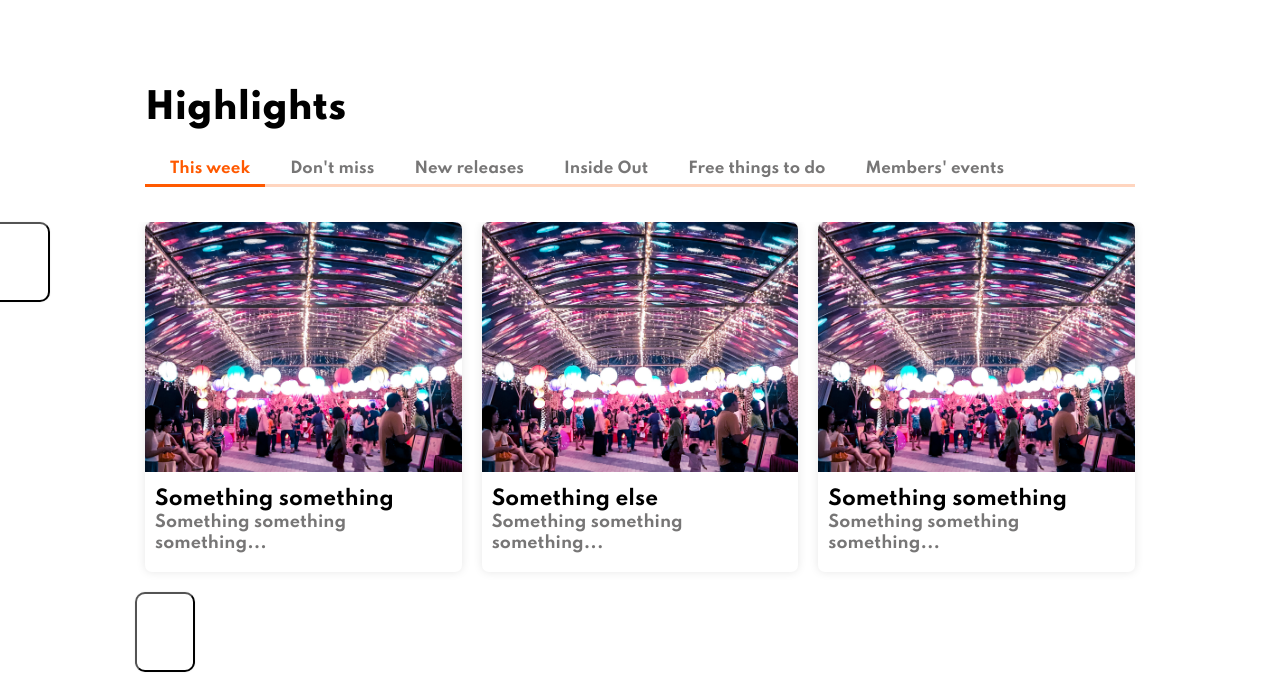
Repository: vvogt/fameworks_vv
Page: /
An editor plug-in stored every save of this project. The page is shown before and after the next save, followed by the edit.
The browser window is 1280 px wide. The pictures show the part of the page from y = 607 to 1299 px (the page is 2172 px tall).
Pictures or frames that could not be fetched are drawn as grey boxes. Backgrounds fixed to the window are drawn as part of the page. The project was rebuilt for these pictures with package versions that can differ from the ones it lists, and the page was loaded fresh each time. Also part of the build but not shown: src/components/NotFound.js. Imported but missing from the stored project, and not drawn on this page: src/assets/videos/seald_fullhd.mp4.

Above is the page before, as saved 2020-04-27 16:55:25.

### public/index.html
<!DOCTYPE html>
<html lang="en">
  <head>
    <meta charset="utf-8" />
    <link rel="icon" href="%PUBLIC_URL%/favicon.ico" />
    <link href="https://fonts.googleapis.com/css2?family=Spartan:wght@200;300;400;500;531;600;700;800;900&display=swap"
      rel="stylesheet">
    <meta name="viewport" content="width=device-width, initial-scale=1" />
    <meta name="theme-color" content="#000000" />
    <meta
      name="description"
      content="Web site created using create-react-app"
    />
    <!--
      manifest.json provides metadata used when your web app is installed on a
      user's mobile device or desktop. See https://developers.google.com/web/fundamentals/web-app-manifest/
    -->
    <link rel="manifest" href="%PUBLIC_URL%/manifest.json" />
    <!--
      Notice the use of %PUBLIC_URL% in the tags above.
      It will be replaced with the URL of the `public` folder during the build.
      Only files inside the `public` folder can be referenced from the HTML.

      Unlike "/favicon.ico" or "favicon.ico", "%PUBLIC_URL%/favicon.ico" will
      work correctly both with client-side routing and a non-root public URL.
      Learn how to configure a non-root public URL by running `npm run build`.
    -->
  </head>
  <body>
    <noscript>You need to enable JavaScript to run this app.</noscript>
    <div id="root"></div>
    <!--
      This HTML file is a template.
      If you open it directly in the browser, you will see an empty page.

      You can add webfonts, meta tags, or analytics to this file.
      The build step will place the bundled scripts into the <body> tag.

      To begin the development, run `npm start` or `yarn start`.
      To create a production bundle, use `npm run build` or `yarn build`.
    -->
  </body>
</html>

### src/scss/global.scss
// # SETTINGS
@import 'settings.variables';

// # TOOLS
@import 'tools.mixins';
@import 'tools.units';

// # BASE
@import 'base.normalize';
@import 'base.reset';
@import 'base.body';

//COMPONENTS

@import 'components.header';
@import 'components.hero';
@import 'components.section';
@import 'components.parallaxSection';

### src/scss/_settings.variables.scss
/* ------------------------------------------
   settings.VARIABLES
------------------------------------------ */

// Fonts
$font: 'Spartan', sans-serif;

$font_btn: rem-calc(15);

// Colors
$black: #000000;
$gray-dark: #777676;
$white: #ffffff;
$orange: #ff5900;
$orange-drkr: #e65000;

// Layout
$gutter: 20px;

// Animations
$transition-in: 0.1s;
$transition-out: 0.3s;

// Box Shadow
$shadow_light: 1px 2px 2px rgba($black, 0.1);
$shadow_dark: 1px 2px 2px rgba($black, 0.2);

// Padding
$padding_lr_1: 240px;
$padding_lr_2: 140px;
$padding_lr_3: 80px;
$padding_lr_4: 20px;

### src/scss/_tools.mixins.scss
/* ------------------------------------------
   tools.MIXINS
------------------------------------------ */

@mixin clearfix() {
  &:before, &:after {
    content: " ";
    display: table;
  }
  &:after {
    clear: both;
  }
}

@mixin un-clearfix() {
  &:before, &:after {
    content: none;
    display: auto;
  }
  &:after {
    clear: none;
  }
}

// Image Replacement

@mixin ir() {
  border: 0;
  font: 0/0 a;
  text-shadow: none;
  color: transparent;
  // background: url(test.png);
  // width: 300px;
  // height: 75px;
}

// Hide only visually, but have it available for screen readers:
// http://snook.ca/archives/html_and_css/hiding-content-for-accessibility

@mixin visuallyhidden() {
    border: 0;
    clip: rect(0 0 0 0);
    height: 1px;
    margin: -1px;
    overflow: hidden;
    padding: 0;
    position: absolute;
    width: 1px;
}


//  ## Media query and orietation mixins
//  ==================================================
//  http://alwaystwisted.com/post.php?s=2013-04-01-my-media-query-mixin


@mixin mq($point, $query1: min, $query2: width) {
  @media screen and (#{$query1}-#{$query2}: strip-unit($point) / 16 +em) {
    @content;
  }
}

@mixin orient($orientation: landscape) {
  @media (orientation : $orientation) {
    @content;
  }
}

@mixin setLRPadding($padding-lr4: 20px, $padding-lr3: 80px, $padding-lr2: 140px, $padding-lr1: 240px) {
  padding-left: $padding-lr4;
  padding-right: $padding-lr4;

   @include mq(600) {
      padding-left: $padding-lr3;
      padding-right: $padding-lr3;
   }

   @include mq(1150) {
      padding-left: $padding-lr2;
      padding-right: $padding-lr2;
   }

   @include mq(1400) {
      padding-left: $padding-lr1;
      padding-right: $padding-lr1;
   }
}

@mixin setLRPadding-preview($padding-lr4: 15px, $padding-lr3: 75px, $padding-lr2: 135px, $padding-lr1: 235px) {
  padding-left: $padding-lr4;
  padding-right: $padding-lr4;

   @include mq(600) {
      padding-left: $padding-lr3;
      padding-right: $padding-lr3;
   }

   @include mq(1150) {
      padding-left: $padding-lr2;
      padding-right: $padding-lr2;
   }

   @include mq(1400) {
      padding-left: $padding-lr1;
      padding-right: $padding-lr1;
   }
}

### src/scss/_tools.units.scss
// Foundation for Sites by ZURB
// foundation.zurb.com
// Licensed under MIT Open Source

////
/// @group functions
////

$global-font-size: 100% !default;

// scss-lint:disable ZeroUnit

/// Removes the unit (e.g. px, em, rem) from a value, returning the number only.
///
/// @param {Number} $num - Number to strip unit from.
///
/// @returns {Number} The same number, sans unit.
@function strip-unit($num) {
  @return $num / ($num * 0 + 1);
}

/// Converts one or more pixel values into matching rem values.
///
/// @param {Number|List} $values - One or more values to convert. Be sure to separate them with spaces and not commas. If you need to convert a comma-separated list, wrap the list in parentheses.
/// @param {Number} $base [null] - The base value to use when calculating the `rem`. If you're using Foundation out of the box, this is 16px. If this parameter is `null`, the function will reference the `$base-font-size` variable as the base.
///
/// @returns {List} A list of converted values.
@function rem-calc($values, $base: null) {
  $rem-values: ();
  $count: length($values);

  // If no base is defined, defer to the global font size
  @if $base == null {
    $base: $global-font-size;
  }

  // If the base font size is a %, then multiply it by 16px
  // This is because 100% font size = 16px in most all browsers
  @if unit($base) == '%' {
    $base: ($base / 100%) * 16px;
  }

  @if $count == 1 {
    @return -zf-to-rem($values, $base);
  }

  @for $i from 1 through $count {
    $rem-values: append($rem-values, -zf-to-rem(nth($values, $i), $base));
  }

  @return $rem-values;
}

// Converts a unitless, pixel, or rem value to em, for use in breakpoints.
@function -zf-bp-to-em($value) {
  // Pixel and unitless values are converted to rems
  @if unit($value) == 'px' or unitless($value) {
    $value: rem-calc($value, $base: 16px);
  }

  // Then the value is converted to ems
  @return strip-unit($value) * 1em;
}

/// Converts a pixel value to matching rem value. *Any* value passed, regardless of unit, is assumed to be a pixel value. By default, the base pixel value used to calculate the rem value is taken from the `$global-font-size` variable.
/// @access private
///
/// @param {Number} $value - Pixel value to convert.
/// @param {Number} $base [null] - Base for pixel conversion.
///
/// @returns {Number} A number in rems, calculated based on the given value and the base pixel value. rem values are passed through as is.
@function -zf-to-rem($value, $base: null) {
  // Check if the value is a number
  @if type-of($value) != 'number' {
    @warn inspect($value) + ' was passed to rem-calc(), which is not a number.';
    @return $value;
  }

  // Calculate rem if units for $value is not rem
  @if unit($value) != 'rem' {
    $value: strip-unit($value) / strip-unit($base) * 1rem;
  }

  // Turn 0rem into 0
  @if $value == 0rem {
    $value: 0;
  }

  @return $value;
}

### src/scss/_base.reset.scss
/* ------------------------------------------
  generic.RESET
------------------------------------------ */

* {
  box-sizing: border-box;
}

img,
iframe {
  max-width: 100%;
  height: auto;
}

h1,h2,h3,h4,h5,h6,
p,blockquote,pre,
dl,dd,ol,ul,
form,fieldset,legend,
table,th,td,caption,
hr,figure {
  margin:0;
  padding:0;
}

li {
  list-style: none;
}

::selection {

}

### src/scss/_base.body.scss
body {
  font-family: $font;
  font-size: rem-calc(14);
  line-height: rem-calc(18);
  font-weight: 400;
  color: $black;
  background-color: $white;
  margin: 0px;
  padding: 0px;
}

p {
  font-family: $font;
  font-size: rem-calc(10);
  line-height: rem-calc(25);
  color: $black;
  font-weight: 400;

  @include mq(350) {
    font-size: rem-calc(13);
    line-height: rem-calc(18);
  }

  @include mq(1000) {
    font-size: rem-calc(16);
    line-height: rem-calc(21);
  }
}

a {
  color: $black;
  text-decoration: none;

  &:hover {
    text-decoration: none;
    color: $white;
  }
}

h1,
h2,
h3,
h4,
h5 {
  font-weight: 700;
}

h1 {
  font-weight: 1000;
  font-size: rem-calc(35);
  line-height: rem-calc(43);

  @include mq(750) {
    font-size: rem-calc(45);
    line-height: rem-calc(55);
  }

  @include mq(950) {
    font-size: rem-calc(60);
    line-height: rem-calc(70);
  }

  @include mq(1100) {
    font-size: rem-calc(70);
    line-height: rem-calc(82);
  }

}

h2 {
   font-size: rem-calc(35);
   font-weight: 800;
}

h3 {
  font-size: rem-calc(20);
  line-height: rem-calc(25);
}

h4 {
  font-size: rem-calc(18);
  line-height: rem-calc(21);
}

h5 {
  font-size: rem-calc(14);
  line-height: rem-calc(18);
}

.wrapper {
  width: 100%;
  margin: 0 auto;
  background-color: $white;
  overflow: hidden;
}

### src/scss/_components.header.scss
.header {
   background-color: $orange;
   width: 100%;
   display: flex;
   flex-direction: column;
   color: white;

   &__main {
      height: 55px;
      width: 100%;
      display: flex;
      flex-direction: row;
      justify-content: space-between;
      align-items: center;
      padding-left: $padding-lr_4;
      padding-right: $padding-lr_4;

      @include mq(400) {
         height: 68.3px;
      }

      @include mq(500) {
         height: 81.6px;
      }

      @include setLRPadding;

      .logo {
         font-weight: 800;
         font-size: rem-calc(20);
         letter-spacing: rem-calc(-1.5);

         @include mq(400) {

         }

         @include mq(500) {

         }

         @include mq(600) {
            font-size: rem-calc(40);
         }
      }

      &__right {
         display: flex;
         flex-direction: row;
         flex-wrap: nowrap;
         align-items: center;
         justify-content: right;
         display: flex;

         @include mq(770) {
            width: 340px;
         }

         @include mq(1000) {
            width: 440px;
         }

         input {
            width: 220px;
            height: 42.5px;
            border-radius: 4px;
            box-shadow: inset 0 0 20px rgba(0,0,0,0.1);
            background-color: $orange-drkr;
            border: 1px solid;
            border-color: rgba(0,0,0,0.1);
            color: $white;
            padding: 0px 15px;
            line-height: 1;
            padding: .75em 1em;
            font-weight: 300;
            transition: background-color 0.2s ease-in;

            @include mq(1000) {
               width: 320px;
            }

            &:focus {
               outline: none;
               background-color: darken($orange-drkr, 5%);
               transition: background-color 0.1s ease-in;

            }
         }

         .search-icon {
            width: 20px;
            height: 20px;
         }

         .login {
            display: flex;
            flex-direction: row;
            flex-wrap: nowrap;
            align-items: center;
            font-weight: 800;
            margin-left: 20px;
            white-space: nowrap;

            img {
               position: relative;
               width: 30px;
               height: 30px;

               @include mq(770) {
                  top: -3px;
                  width: 20px;
                  height: 20px;
                  margin-left: 0px;
                  margin-right: 5px;
               }
            }

            span {
               display: none;

               @include mq(770) {
                  display: inline;
               }
            }
         }

         .search-icon {
            display: inline;
            width: 30px;
            height: 30px;

            @include mq(770) {
               display: none;
            }
         }

         input {
            display: none;

            @include mq(770) {
               display: inline;
            }
         }
      }
   }

   &__nav {
      height: 55px;
      border-top: 1px $white solid;
      border-color: rgba(255, 255, 255, 0.5);
      padding-left: $padding-lr_4;
      overflow: scroll;
      -ms-overflow-style: none;  // IE 10+
      overflow: -moz-scrollbars-none;  // Firefox

      &::-webkit-scrollbar {
         display: none;
      }

      @include mq(600) {
         padding-left: $padding-lr_3;
      }

      @include mq(1000) {
         padding-left: $padding-lr_2;
      }

      @include mq(1400) {
         padding-left: $padding-lr_1;
      }

      ul {
         font-weight: 800;
         display: flex;
         flex-direction: row;
         width: 1000px;
         height: 100%;
         justify-content: space-between;
         align-items: center;
      }
   }
}

### src/scss/_components.hero.scss
.hero {
   background-color: rgb(104, 104, 104);
   height: 300px;
   position: relative;

   @include setLRPadding();

   @include mq(750) {
      height: calc(100vh - 250px);
   }

   &__content {
      position: absolute;
      z-index: 2;
      margin-top: 200px;
      margin-bottom: 200px;

      h1, p {
         color: $white;
      }

      p {
         width: 70%;
      }
   }

   &__bgVideo {
      position: absolute;
      object-fit: cover;
      left: 0;
      right: 0;
      width: 100%;
      height: 100%;
      background-position: center;
   }
}

### src/scss/_components.section.scss
.section_previews {
   padding-top: rem-calc(100);
   padding-bottom: rem-calc(100);
   @include setLRPadding-preview;

   h2 {
      margin-bottom: 35px;
      padding-left: 10px;
   }

   .arrow {
      width: 60px;
      height: 80px;
      border-radius: 10px;
      background-color: $white;
      box-shadow: 0 0 2px 0 rgba(0,0,0,0.1);
      position: absolute;
   }

   .arrow.left {
      left: -10px;
   }

   .articlePreviews {
      overflow: hidden;
      padding-left: 10px;
      padding-right: 10px;
      padding-bottom: 10px;

      ul {
         width: 100%;
         display: flex;
         flex-direction: row;
         flex-wrap: none;
         justify-content: space-between;

         li {
            width: calc((100% - 40px) / 3);
            margin-left: 10px;
            margin-right: 10px;
            flex-shrink: 0;

            &:first-of-type {
               margin-left: 0px;
            }

            &:last-of-type {
               margin-right: 0px;
            }

            &:last-of-type:after {
               content:'';
               display: block;
               position: relative;
               float: right;
               left: 10px;
               top: -10px;
               height: 10px;
               width: 10px;
               z-index: -1;
            }
         }

         p, h3 {
            font-weight: 700;
         }

         p {
            color: $gray-dark;
         }
      }
   }

   .articlePreview {
      height: 350px;
      border-radius: 7px;
      overflow: hidden;
      box-shadow: 0 0 10px 0 rgba(0,0,0,0.1);

      &__image {
         background-color: rgb(109, 109, 109);
      }

      &__description {
         padding: 15px 10px;
      }
   }

   .categoryTabs {
      width: 100%;
      margin-bottom: 35px;
      padding-left: 10px;
      padding-right: 10px;

      h3 {
         font-size: 15px;
         color: $gray-dark;
         font-weight: 700;
         padding-left: 10px;
      }

      ul {
         display: flex;
         flex-direction: row;
         -ms-flex-align: left;

         li {
            padding: 3px 15px;
            border-bottom: 3px solid rgba($orange, .25);
            cursor: default;
         }

         li.active {
            border-bottom: 3px solid $orange;

            h3 {
               color: $orange;
            }
         }

         li:hover:not(:last-of-type):not(.active) {
            border-bottom: 3px solid $orange;

            h3 {
               color: $black;
            }
         }

         li:last-of-type {
            flex-grow: 1;
         }
      }
   }


}

### src/scss/_components.parallaxSection.scss
.section_parallax {
   background-color: rgb(255, 162, 162);
   padding-top: 90px;
   padding-bottom: 90px;
   @include setLRPadding;
   display: flex;
   flex-wrap: nowrap;
   justify-content: space-between;

   &__left {
      max-width: 450px;

      h2, p{
         color: $white
      }

      p {
         margin-top: 15px;
      }
   }

   &__right {
      display: flex;
      flex-direction: column;
      justify-content: center;

      button {
         border-style: none;
         border-radius: 5px;
         padding: 20px 20px;
         font-weight: 800;
      }
   }
}

Loaded but not shown: src/serviceWorker.js (common file); src/components/Main.js (327 lines, source omitted); src/components/Section.js (132 lines, source omitted); src/components/Header.js (46 lines, source omitted); src/components/Hero.js (34 lines, source omitted); src/components/ParallaxSection.js (21 lines, source omitted); src/index.js (12 lines, source omitted); src/components/Router.js (15 lines, source omitted); src/helpers.js (13 lines, source omitted); src/scss/_base.normalize.scss (423 lines, source omitted)

After the next save:
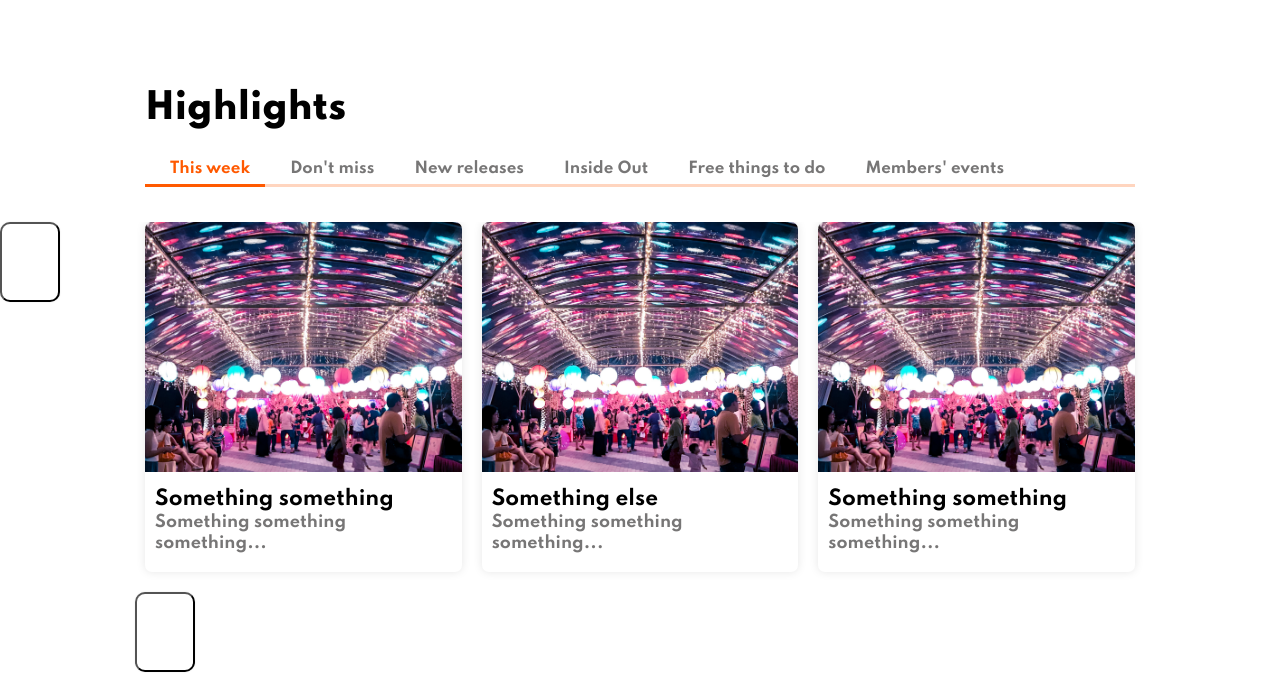
Saved 5 s later.
--- a/src/scss/_components.section.scss
+++ b/src/scss/_components.section.scss
@@ -18,7 +18,7 @@
    }
 
    .arrow.left {
-      left: -10px;
+      left: -0px;
    }
 
    .articlePreviews {
